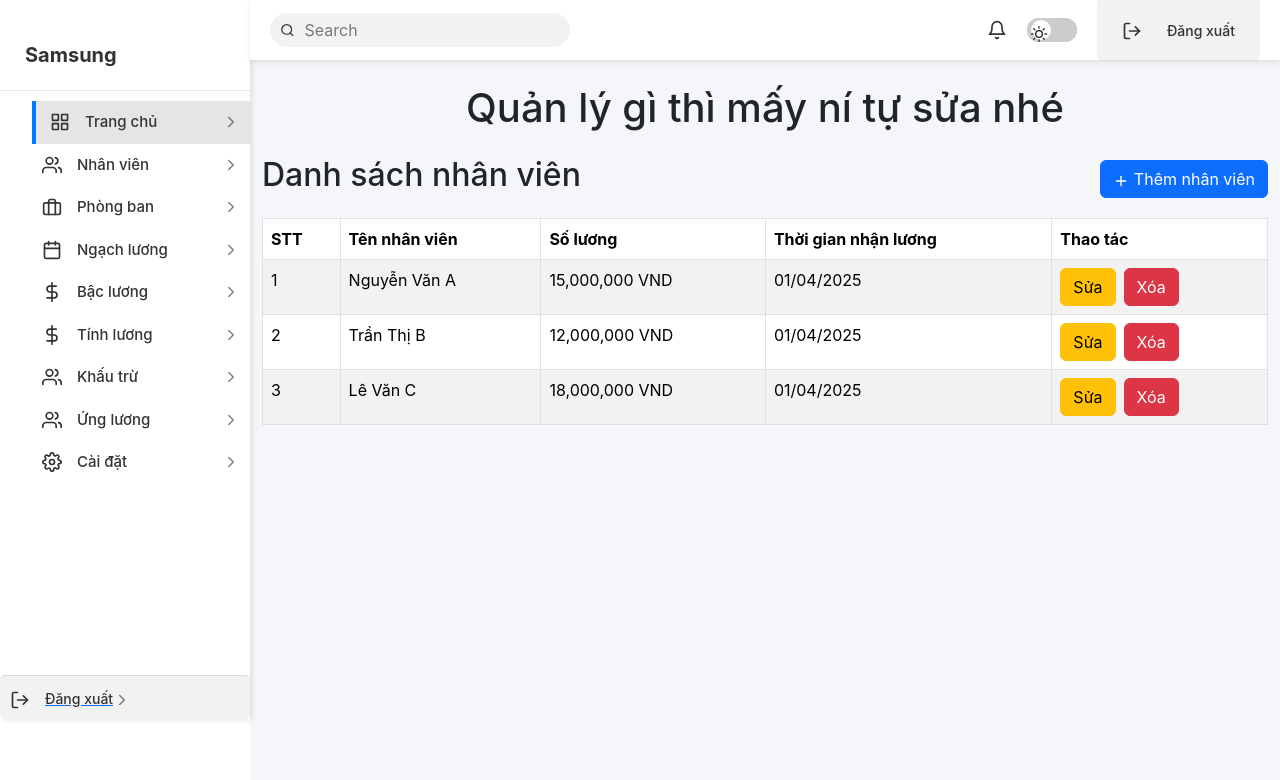
Repository: lenb2109136/HTTTQL
Page: /
The author's editor kept a copy of each file at every save. The page is drawn from the files as they stood at one save, then again after the next save.
The browser window is 1280 px wide. The pictures show the whole page.
The project was rebuilt for these pictures with package versions that can differ from the ones it lists, and the page was loaded fresh each time.

Above is the page before, as saved 2025-03-28 13:19:35.

### src/index.js
import React from 'react';
import ReactDOM from 'react-dom/client';
import './index.css';
import App from './App';
import reportWebVitals from './reportWebVitals';
import 'bootstrap/dist/css/bootstrap.min.css'; // Import Bootstrap CSS
const root = ReactDOM.createRoot(document.getElementById('root'));
root.render(
  <React.StrictMode>
    <App />
  </React.StrictMode>
);

// If you want to start measuring performance in your app, pass a function
// to log results (for example: reportWebVitals(console.log))
// or send to an analytics endpoint. Learn more: https://bit.ly/CRA-vitals
reportWebVitals();

### src/App.js
// src/App.js
import React from 'react';
import { BrowserRouter as Router, Route, Routes } from 'react-router-dom';
import 'bootstrap/dist/css/bootstrap.min.css';
import './App.css';
import Header from './component/admin/Header-Admin';
import Sidebar from './component/admin/SideBar';
import Dashboard from './component/admin/Dashboard';

function App() {
  return (
    <Router>
      <div className="app">
        <Sidebar />
        <div className="main-content">
          <Header />
          <Routes>
            <Route path="/" element={<Dashboard />} />
          </Routes>
        </div>
      </div>
    </Router>
  );
}

export default App;

### src/App.css
/* src/App.css */
* {
  margin: 0;
  padding: 0;
  box-sizing: border-box;
  font-family: 'Inter', Arial, sans-serif;
}

.app {
  display: flex;
}

.main-content {
  flex: 1;
  margin-left: 250px;
  background-color: #f5f6fa;
  min-height: 100vh;
}

/* Page Content */
.page-content {
  padding: 20px;
}

### src/component/admin/Header-Admin.js
import React, { useState, useEffect } from 'react';
import { FiSearch, FiLogOut, FiBell, FiSun, FiMoon } from 'react-icons/fi';
import './admin-style/Header-Admin.css';

const Header = () => {
  const [darkMode, setDarkMode] = useState(() => {
    return localStorage.getItem('theme') === 'dark';
  });

  const toggleTheme = () => {
    const newTheme = !darkMode;
    setDarkMode(newTheme);
    localStorage.setItem('theme', newTheme ? 'dark' : 'light');
    document.body.classList.toggle('dark-mode', newTheme);
  };

  useEffect(() => {
    if (darkMode) {
      document.body.classList.add('dark-mode');
    } else {
      document.body.classList.remove('dark-mode');
    }
  }, [darkMode]);

  return (
    <div className="header">
      <div className="search-bar">
        <FiSearch className="search-icon" />
        <input type="text" placeholder="Search" />
      </div>

      <div className="header-right">
        <FiBell className="notification-icon" />

        {/* Nút chuyển đổi chế độ sáng/tối với icon */}
        <div className="theme-toggle" onClick={toggleTheme}>
          <div className={`toggle-btn ${darkMode ? 'dark' : 'light'}`}>
            <div className="toggle-circle">
              {darkMode ? (
                <FiMoon className="theme-icon" />
              ) : (
                <FiSun className="theme-icon" />
              )}
            </div>
          </div>
        </div>

        <div className="logout-section">
          <FiLogOut className="logout-icon" />
          <span>Đăng xuất</span>
        </div>
      </div>
    </div>
  );
};

export default Header;

### src/component/admin/SideBar.js
import React from 'react';
import './admin-style/SideBar-Admin.css';
import { Link, useLocation } from 'react-router-dom';
import {
  FiGrid,
  FiUsers,
  FiBriefcase,
  FiCalendar,
  FiDollarSign,
  FiSettings,
  FiLogOut,
  FiChevronRight, // Dấu >
} from 'react-icons/fi';

const Sidebar = () => {
  const location = useLocation();

  return (
    <div className="sidebar">
      <div className="logo">
        <span className="logo-text">Samsung</span>
      </div>
      <ul>
        <li className={location.pathname === '/' ? 'active' : ''}>
          <Link to="/">
            <FiGrid className="menu-icon" />
            <span>Trang chủ</span>
            <FiChevronRight className="chevron-icon" />
          </Link>
        </li>
        <li className={location.pathname === '/employees' ? 'active' : ''}>
          <Link to="/employees">
            <FiUsers className="menu-icon" />
            <span>Nhân viên</span>
            <FiChevronRight className="chevron-icon" />
          </Link>
        </li>
        <li className={location.pathname === '/departments' ? 'active' : ''}>
          <Link to="/departments">
            <FiBriefcase className="menu-icon" />
            <span>Phòng ban</span>
            <FiChevronRight className="chevron-icon" />
          </Link>
        </li>
        <li className={location.pathname === '/salary-scale' ? 'active' : ''}>
          <Link to="/salary-scale">
            <FiCalendar className="menu-icon" />
            <span>Ngạch lương</span>
            <FiChevronRight className="chevron-icon" />
          </Link>
        </li>
        <li className={location.pathname === '/pay-grade' ? 'active' : ''}>
          <Link to="/pay-grade">
            <FiDollarSign className="menu-icon" />
            <span>Bậc lương</span>
            <FiChevronRight className="chevron-icon" />
          </Link>
        </li>
        <li
          className={
            location.pathname === '/salary-calculation' ? 'active' : ''
          }
        >
          <Link to="/salary-calculation">
            <FiDollarSign className="menu-icon" />
            <span>Tính lương</span>
            <FiChevronRight className="chevron-icon" />
          </Link>
        </li>
        <li className={location.pathname === '/deductions' ? 'active' : ''}>
          <Link to="/deductions">
            <FiUsers className="menu-icon" />
            <span>Khấu trừ</span>
            <FiChevronRight className="chevron-icon" />
          </Link>
        </li>
        <li className={location.pathname === '/salary-advance' ? 'active' : ''}>
          <Link to="/salary-advance">
            <FiUsers className="menu-icon" />
            <span>Ứng lương</span>
            <FiChevronRight className="chevron-icon" />
          </Link>
        </li>
        <li className={location.pathname === '/settings' ? 'active' : ''}>
          <Link to="/settings">
            <FiSettings className="menu-icon" />
            <span>Cài đặt</span>
            <FiChevronRight className="chevron-icon" />
          </Link>
        </li>
      </ul>
      <div className="logout-section">
        <Link to="/logout" className="logout-link">
          <FiLogOut className="logout-icon" />
          <span>Đăng xuất</span>
          <FiChevronRight className="chevron-icon" />
        </Link>
      </div>
    </div>
  );
};

export default Sidebar;

### src/component/admin/Dashboard.js
import React, { useState } from 'react';
import { Table, Button, Container, Row, Col } from 'react-bootstrap';
import { FiPlus } from 'react-icons/fi';

const EmployeesPage = () => {
  const [employees, setEmployees] = useState([
    {
      id: 1,
      name: 'Nguyễn Văn A',
      salary: '15,000,000 VND',
      payDate: '01/04/2025',
    },
    {
      id: 2,
      name: 'Trần Thị B',
      salary: '12,000,000 VND',
      payDate: '01/04/2025',
    },
    {
      id: 3,
      name: 'Lê Văn C',
      salary: '18,000,000 VND',
      payDate: '01/04/2025',
    },
  ]);

  const handleDelete = id => {
    setEmployees(employees.filter(emp => emp.id !== id));
  };

  return (
    <Container>
      <h1 className="text-center my-4">Quản lý gì thì mấy ní tự sửa nhé</h1>
      <Row className="mb-3 d-flex justify-content-between align-items-center">
        <Col>
          <h2>Danh sách nhân viên</h2>
        </Col>
        <Col className="text-end">
          <Button variant="primary">
            <FiPlus /> Thêm nhân viên
          </Button>
        </Col>
      </Row>
      <Table striped bordered hover>
        <thead>
          <tr>
            <th>STT</th>
            <th>Tên nhân viên</th>
            <th>Số lương</th>
            <th>Thời gian nhận lương</th>
            <th>Thao tác</th>
          </tr>
        </thead>
        <tbody>
          {employees.map((emp, index) => (
            <tr key={emp.id}>
              <td>{index + 1}</td>
              <td>{emp.name}</td>
              <td>{emp.salary}</td>
              <td>{emp.payDate}</td>
              <td>
                <Button variant="warning" className="me-2">
                  Sửa
                </Button>
                <Button variant="danger" onClick={() => handleDelete(emp.id)}>
                  Xóa
                </Button>
              </td>
            </tr>
          ))}
        </tbody>
      </Table>
    </Container>
  );
};

export default EmployeesPage;

### src/component/admin/admin-style/Header-Admin.css
/* src/components/Header.css */
.header {
  width: calc(100% - 250px); /* Adjust for sidebar width */
  height: 60px;
  background: #fff; /* White background */
  position: fixed;
  top: 0;
  left: 250px; /* Offset for sidebar */
  display: flex;
  justify-content: space-between;
  align-items: center;
  padding: 0 20px;
  box-shadow: 0 2px 5px rgba(0, 0, 0, 0.1); /* Subtle shadow */
}

/* Thanh tìm kiếm */
.search-bar {
  display: flex;
  align-items: center;
  background-color: rgba(0, 0, 0, 0.05); /* Light gray background */
  border-radius: 20px;
  padding: 5px 10px;
  width: 300px;
}

.search-bar input {
  border: none;
  background: none;
  outline: none;
  margin-left: 10px;
  width: 100%;
  color: #333; /* Black text */
}

.search-bar input::placeholder {
  color: rgba(0, 0, 0, 0.5); /* Gray placeholder */
}

.search-icon {
  color: #333; /* Black icon */
}

/* Phần bên phải */
.header-right {
  display: flex;
  align-items: center;
  gap: 20px; /* Space between notification and logout */
}

.notification-icon {
  font-size: 20px;
  color: #333; /* Black icon */
  cursor: pointer;
}

.notification-icon:hover {
  color: #007bff; /* Blue on hover */
}

.logout-section {
  display: flex;
  align-items: center;
  gap: 10px;
  padding: 10px 15px;
  background-color: rgba(0, 0, 0, 0.05); /* Light gray background */
  border-radius: 5px;
  cursor: pointer;
  transition: background-color 0.3s ease;
}

.logout-section:hover {
  background-color: rgba(0, 0, 0, 0.1); /* Slightly darker on hover */
}

.logout-icon {
  font-size: 18px;
  color: #333; /* Black icon */
}

.logout-section span {
  font-size: 14px;
  font-weight: 500;
  color: #333; /* Black text */
}
.header {
  width: calc(100% - 250px);
  height: 60px;
  background: #fff;
  position: fixed;
  top: 0;
  left: 250px;
  display: flex;
  justify-content: space-between;
  align-items: center;
  padding: 0 20px;
  box-shadow: 0 2px 5px rgba(0, 0, 0, 0.1);
  z-index: 1000; /* Đảm bảo header hiển thị trên tất cả */
}

/* Đảm bảo phần nội dung bên dưới không bị đè lên */
.main-content {
  margin-top: 60px; /* Để khoảng trống phía trên, tránh header đè lên */
}
.sidebar ul li {
  display: flex;
  align-items: center;
  justify-content: space-between; /* Đẩy dấu > ra ngoài cùng */
  padding: 10px;
  transition: background 0.3s;
}

.sidebar ul li a {
  display: flex;
  align-items: center;
  width: 100%;
}

.sidebar ul li .menu-icon {
  margin-right: 10px; /* Tạo khoảng cách giữa icon và chữ */
}

.sidebar ul li .chevron-icon {
  margin-left: auto; /* Đẩy dấu > sang phải xa chữ */
  font-size: 18px;
  color: rgba(0, 0, 0, 0.5);
}

.sidebar ul li:hover .chevron-icon {
  color: #007bff; /* Màu xanh khi hover */
}

.sidebar .logout-section {
  display: flex;
  justify-content: space-between;
  align-items: center;
  padding: 10px;
}

.sidebar .logout-section .chevron-icon {
  margin-left: auto;
  font-size: 18px;
  color: rgba(0, 0, 0, 0.5);
}
/* Nút chuyển chế độ sáng/tối */
.theme-toggle {
  width: 50px;
  height: 24px;
  background: #ccc;
  border-radius: 50px;
  position: relative;
  cursor: pointer;
  transition: background 0.3s ease;
}

.theme-toggle .toggle-btn {
  width: 100%;
  height: 100%;
  border-radius: 50px;
  display: flex;
  align-items: center;
  padding: 2px;
  transition: background 0.3s ease;
}

.toggle-btn .toggle-circle {
  width: 20px;
  height: 20px;
  background: white;
  border-radius: 50%;
  position: absolute;
  transition: transform 0.3s ease;
}

/* Khi ở chế độ tối */
.toggle-btn.dark {
  background: #333;
}

.toggle-btn.dark .toggle-circle {
  transform: translateX(26px);
}

/* Khi ở chế độ sáng */
.toggle-btn.light {
  background: #ccc;
}

.toggle-btn.light .toggle-circle {
  transform: translateX(2px);
}

/* Dark Mode Styles */
body.dark-mode {
  background-color: #181818;
  color: white;
}

body.dark-mode .header {
  background: #222;
}

body.dark-mode .search-bar {
  background: rgba(255, 255, 255, 0.1);
}

body.dark-mode .logout-section {
  background: rgba(255, 255, 255, 0.1);
}

body.dark-mode .notification-icon,
body.dark-mode .logout-icon {
  color: white;
}

### src/component/admin/admin-style/SideBar-Admin.css
/* src/components/Sidebar.css */
.sidebar {
  width: 250px;
  height: 100vh;
  background: #fff; /* White background */
  color: #333; /* Dark text color */
  position: fixed;
  top: 0;
  left: 0;
  padding-top: 20px;
  display: flex;
  flex-direction: column;
  justify-content: space-between;
  box-shadow: 2px 0 5px rgba(0, 0, 0, 0.1); /* Subtle shadow for depth */
}

.sidebar .logo {
  display: flex;
  align-items: center;
  gap: 10px;
  padding: 20px 25px;
  border-bottom: 1px solid rgba(0, 0, 0, 0.1); /* Light border */
}

.sidebar .logo-icon {
  width: 40px;
  height: 40px;
  object-fit: contain; /* Ensure the logo scales properly */
}

.sidebar .logo span {
  font-size: 20px;
  font-weight: 700;
  color: #333;
}

.sidebar ul {
  list-style: none;
  margin-top: 10px;
  flex-grow: 1;
}

.sidebar ul li {
  padding: 12px 8px;
  display: flex;
  align-items: center;
  cursor: pointer;
  transition: background-color 0.3s ease, padding-left 0.3s ease;
  position: relative; /* For badge positioning */
}

.sidebar ul li:hover {
  background-color: rgba(0, 0, 0, 0.05); /* Light gray hover effect */
  padding-left: 15px;
}

.sidebar ul li.active {
  background-color: rgba(0, 0, 0, 0.1); /* Slightly darker for active state */
  border-left: 4px solid #007bff; /* Blue accent for active item */
  padding-left: 14px;
}

.sidebar ul li a {
  color: #333; /* Black text */
  text-decoration: none;
  display: flex;
  align-items: center;
  font-size: 15px;
  font-weight: 500;
  width: 100%; /* Ensure the link takes full width */
}

.sidebar ul li a .menu-icon {
  font-size: 20px; /* Slightly larger icons */
  color: #333; /* Black icons */
  margin-right: 15px; /* Increased spacing between icon and text */
  transition: color 0.3s ease; /* Smooth color transition on hover */
}

.sidebar ul li a:hover .menu-icon {
  color: #007bff; /* Blue on hover */
}

/* Notification Badge */
.sidebar ul li .badge {
  position: absolute;
  right: 25px;
  background-color: #ff4d4f; /* Red badge */
  color: #fff;
  font-size: 12px;
  font-weight: 600;
  width: 20px;
  height: 20px;
  border-radius: 50%;
  display: flex;
  align-items: center;
  justify-content: center;
}

/* Logout Section */
.logout-section {
  padding: 20px 25px;
  display: flex;
  align-items: center;
  gap: 10px;
  background-color: rgba(0, 0, 0, 0.05); /* Light gray background */
  border-top: 1px solid rgba(0, 0, 0, 0.1);
  cursor: pointer;
  transition: background-color 0.3s ease;
}

.logout-section:hover {
  background-color: rgba(0, 0, 0, 0.1);
}

.logout-icon {
  font-size: 20px; /* Match menu icon size */
  color: #333; /* Black icon */
  margin-right: 15px; /* Increased spacing between icon and text */
  transition: color 0.3s ease; /* Smooth color transition on hover */
}

.logout-section:hover .logout-icon {
  color: #007bff; /* Blue on hover */
}

.logout-section span {
  font-size: 14px;
  font-weight: 500;
  color: #333;
}
.sidebar ul li {
  display: flex;
  align-items: center;
  justify-content: space-between; /* Đẩy dấu > ra ngoài cùng */
  padding: 10px;
  transition: background 0.3s;
}

.sidebar ul li .chevron-icon {
  font-size: 18px;
  color: rgba(0, 0, 0, 0.5);
}

.sidebar ul li:hover .chevron-icon {
  color: #007bff; /* Màu xanh khi hover */
}

.sidebar .logout-section {
  display: flex;
  justify-content: space-between;
  align-items: center;
  padding: 10px;
}

.sidebar .logout-section .chevron-icon {
  font-size: 18px;
  color: rgba(0, 0, 0, 0.5);
}

Loaded but not shown: public/index.html (common file); src/index.css (common file); src/reportWebVitals.js (common file)

After the next save:
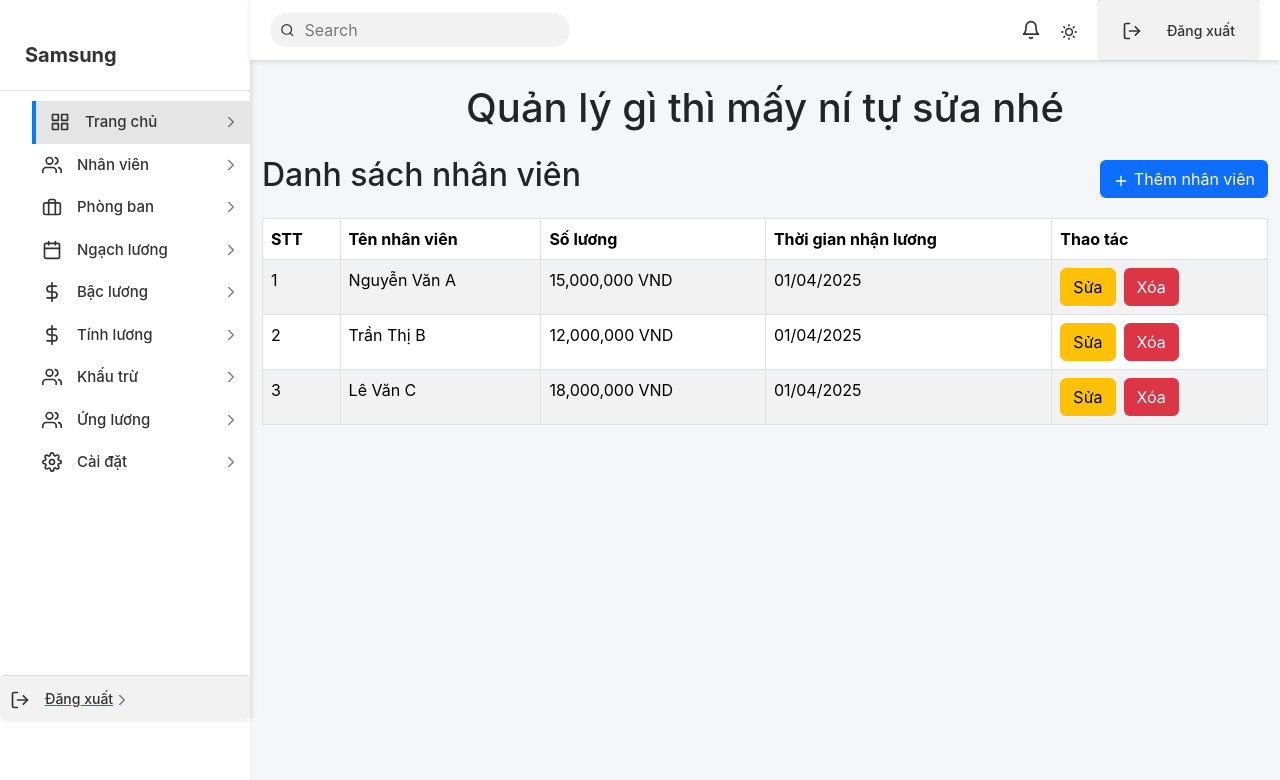
Saved 4 s later.
--- a/src/component/admin/admin-style/Header-Admin.css
+++ b/src/component/admin/admin-style/Header-Admin.css
@@ -141,73 +141,3 @@
   font-size: 18px;
   color: rgba(0, 0, 0, 0.5);
 }
-/* Nút chuyển chế độ sáng/tối */
-.theme-toggle {
-  width: 50px;
-  height: 24px;
-  background: #ccc;
-  border-radius: 50px;
-  position: relative;
-  cursor: pointer;
-  transition: background 0.3s ease;
-}
-
-.theme-toggle .toggle-btn {
-  width: 100%;
-  height: 100%;
-  border-radius: 50px;
-  display: flex;
-  align-items: center;
-  padding: 2px;
-  transition: background 0.3s ease;
-}
-
-.toggle-btn .toggle-circle {
-  width: 20px;
-  height: 20px;
-  background: white;
-  border-radius: 50%;
-  position: absolute;
-  transition: transform 0.3s ease;
-}
-
-/* Khi ở chế độ tối */
-.toggle-btn.dark {
-  background: #333;
-}
-
-.toggle-btn.dark .toggle-circle {
-  transform: translateX(26px);
-}
-
-/* Khi ở chế độ sáng */
-.toggle-btn.light {
-  background: #ccc;
-}
-
-.toggle-btn.light .toggle-circle {
-  transform: translateX(2px);
-}
-
-/* Dark Mode Styles */
-body.dark-mode {
-  background-color: #181818;
-  color: white;
-}
-
-body.dark-mode .header {
-  background: #222;
-}
-
-body.dark-mode .search-bar {
-  background: rgba(255, 255, 255, 0.1);
-}
-
-body.dark-mode .logout-section {
-  background: rgba(255, 255, 255, 0.1);
-}
-
-body.dark-mode .notification-icon,
-body.dark-mode .logout-icon {
-  color: white;
-}
